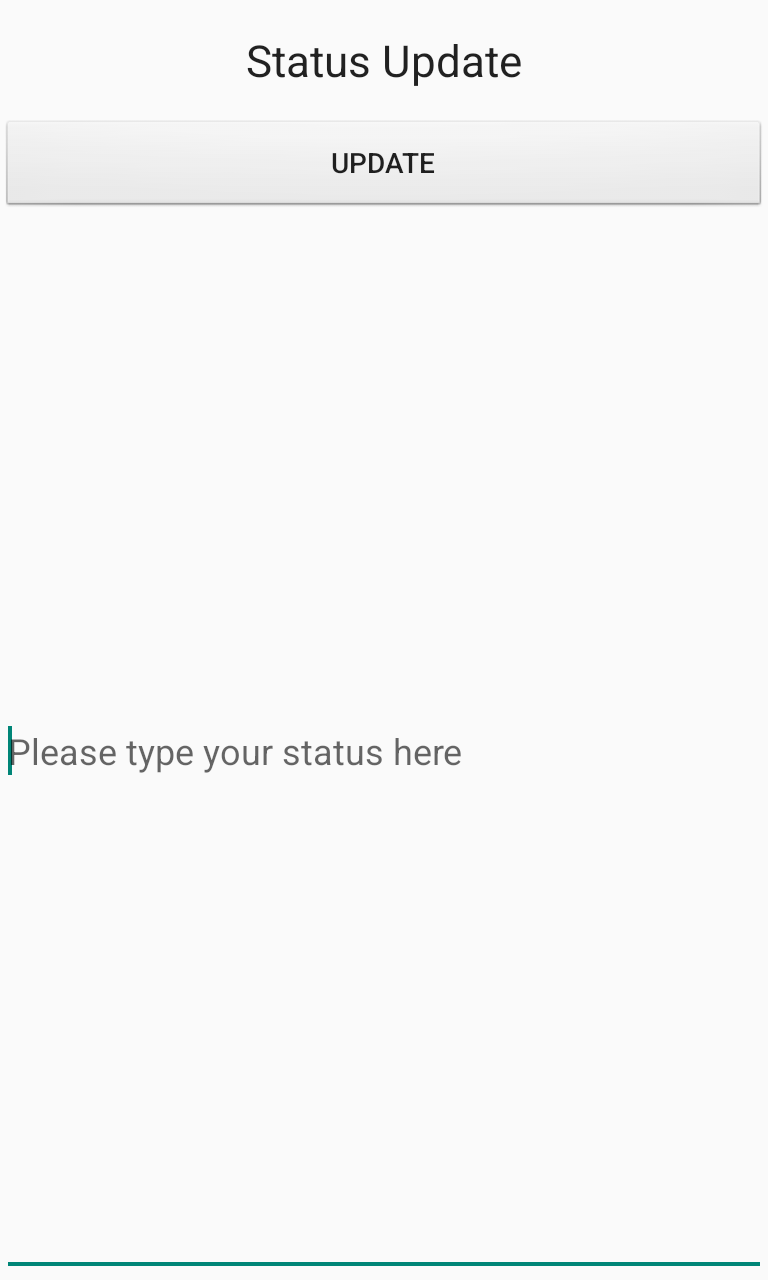
Repository: satishagarwal90/Yamba
Layout: Yamba/res/layout/activity_status.xml
The author's editor kept a copy of each file at every save. The layout is drawn from the files as they stood at one save, then again after the next save.
It is drawn on a 768 x 1280 px phone screen (xhdpi) without system bars, with theme AppTheme; the app's code is not run.

Above is the layout before, as saved 2014-06-29 02:14:16.

### Yamba/res/layout/activity_status.xml
<LinearLayout xmlns:android="http://schemas.android.com/apk/res/android"
    xmlns:tools="http://schemas.android.com/tools"
    android:id="@+id/container"
    android:layout_width="match_parent"
    android:layout_height="match_parent"
    android:orientation="vertical"
    tools:context="com.example.yamba.StatusActivity"
    tools:ignore="MergeRootFrame" >

    <TextView
        style="@style/styleTitle"
        android:text="@string/title" />

    <Button
        android:id="@+id/button_post"
        android:layout_width="match_parent"
        android:layout_height="wrap_content"
        android:background="@android:drawable/btn_default"
        android:onClick="btn_click"
        android:text="@string/button_status_text" />

    <EditText
        android:id="@+id/editText_status"
        android:layout_width="match_parent"
        android:layout_height="match_parent"
        android:ems="10"
        android:hint="@string/editText_hint"
        android:inputType="textMultiLine" >

        <requestFocus />
    </EditText>

</LinearLayout>

### Yamba/res/values/styles.xml
<resources>

    <!--
        Base application theme, dependent on API level. This theme is replaced
        by AppBaseTheme from res/values-vXX/styles.xml on newer devices.
    -->
    <style name="AppBaseTheme" parent="Theme.AppCompat.Light">
        <!--
            Theme customizations available in newer API levels can go in
            res/values-vXX/styles.xml, while customizations related to
            backward-compatibility can go here.
        -->
    </style>

    <!-- Application theme. -->
    <style name="AppTheme" parent="AppBaseTheme">
        <!-- All customizations that are NOT specific to a particular API-level can go here. -->
    </style>

    <style name="styleTitle" parent="android:Widget.Holo.Light.TextView">
        <item name="android:padding">15dp</item>
        <item name="android:textAppearance">?android:attr/textAppearanceLarge</item>
        <item name="android:layout_width">wrap_content</item>
        <item name="android:layout_height">wrap_content</item>
        <item name="android:layout_gravity">center_horizontal</item>
    </style>
</resources>

### Yamba/res/values/strings.xml
<?xml version="1.0" encoding="utf-8"?>
<resources xmlns:android="http://schemas.android.com/apk/res/android">

    <string name="app_name">Yamba</string>
    <string name="hello_world">Hello world!</string>
    <string name="action_settings">Settings</string>
    <string name="start_service">Start Service</string>
    <string name="stop_service">Stop Service</string>
    <string name="editText_hint">Please type your status here</string>
    <string name="button_status_text">Update</string>
    <string name="title">Status Update</string>
    <string name="refresh_service">Refresh Service </string>
    <string name="username">Username</string>
    <string name="username_summary">Enter your Username</string>
    <string name="password">Password</string>
    <string name="password_summary">Enter your password here</string>
    <string name="server">Server</string>
    <string name="server_summary">Enter your server details</string>
	<string name="preferences">Preferences</string>
	<string name="delay">Delay</string>
	<string-array name="delayNames">
		<item android:layout_width="wrap_content" android:id="@+id/item1" android:layout_height="wrap_content">Every minute</item>
		<item android:layout_width="wrap_content" android:id="@+id/item2" android:layout_height="wrap_content">Every 5 minutes</item>
		<item android:layout_width="wrap_content" android:id="@+id/item3" android:layout_height="wrap_content">Every 30 minutes</item>
		<item android:layout_width="wrap_content" android:id="@+id/item4" android:layout_height="wrap_content">Every hour</item>
	</string-array>
	<string-array android:layout_height="wrap_content" android:layout_width="wrap_content" android:id="@+id/integerarray1" name="delayValues">
        <item android:id="@+id/item1" android:layout_height="wrap_content" android:layout_width="wrap_content">60</item>
        <item android:id="@+id/item2" android:layout_height="wrap_content" android:layout_width="wrap_content">300</item>
        <item android:id="@+id/item3" android:layout_height="wrap_content" android:layout_width="wrap_content">1800</item>
        <item android:id="@+id/item4" android:layout_height="wrap_content" android:layout_width="wrap_content">3600</item>
    </string-array>
	<string name="timeline">Timeline</string>
</resources>

Loaded but not shown: Yamba/res/values-v11/styles.xml (common file); Yamba/res/values-v14/styles.xml (common file)

After the next save:
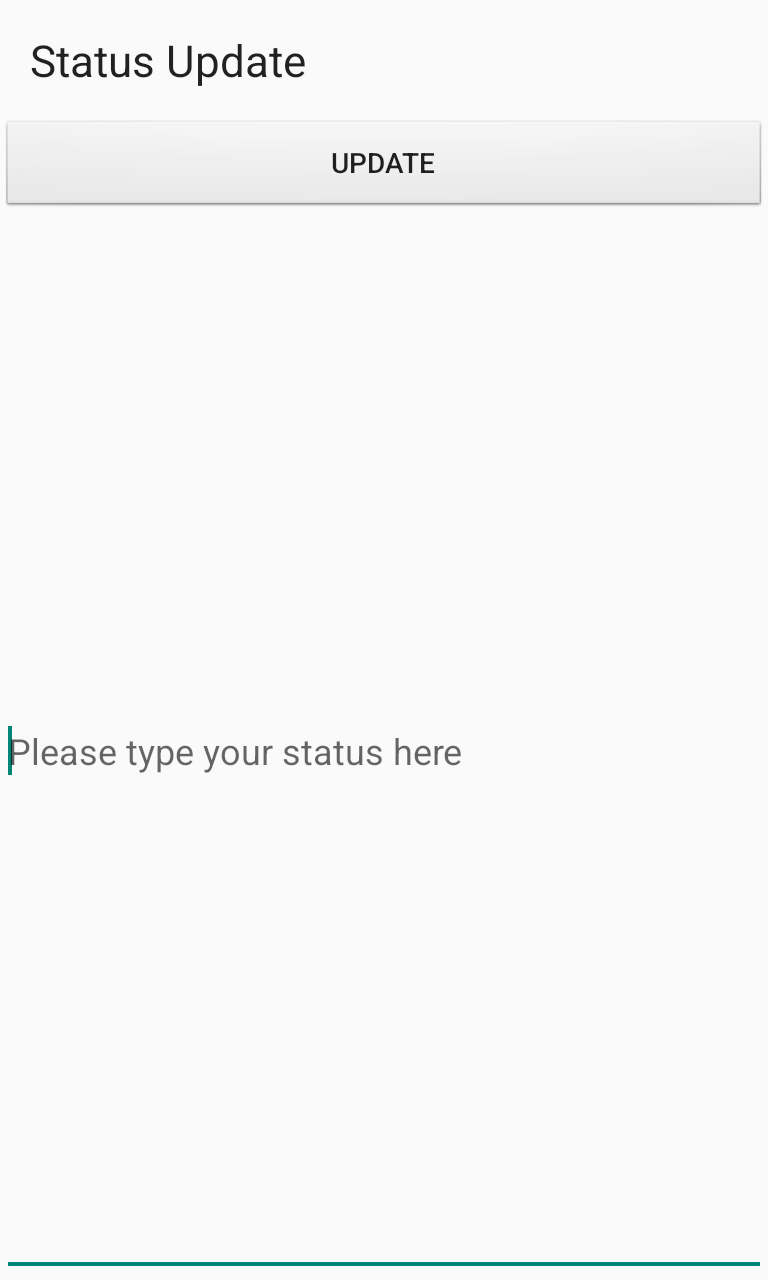
Saved 3 min 39 s later.
--- a/Yamba/res/layout/activity_status.xml
+++ b/Yamba/res/layout/activity_status.xml
@@ -9,6 +9,8 @@
 
     <TextView
         style="@style/styleTitle"
+        android:layout_width="match_parent"
+        android:layout_gravity="center_horizontal"
         android:text="@string/title" />
 
     <Button

After the save that followed:
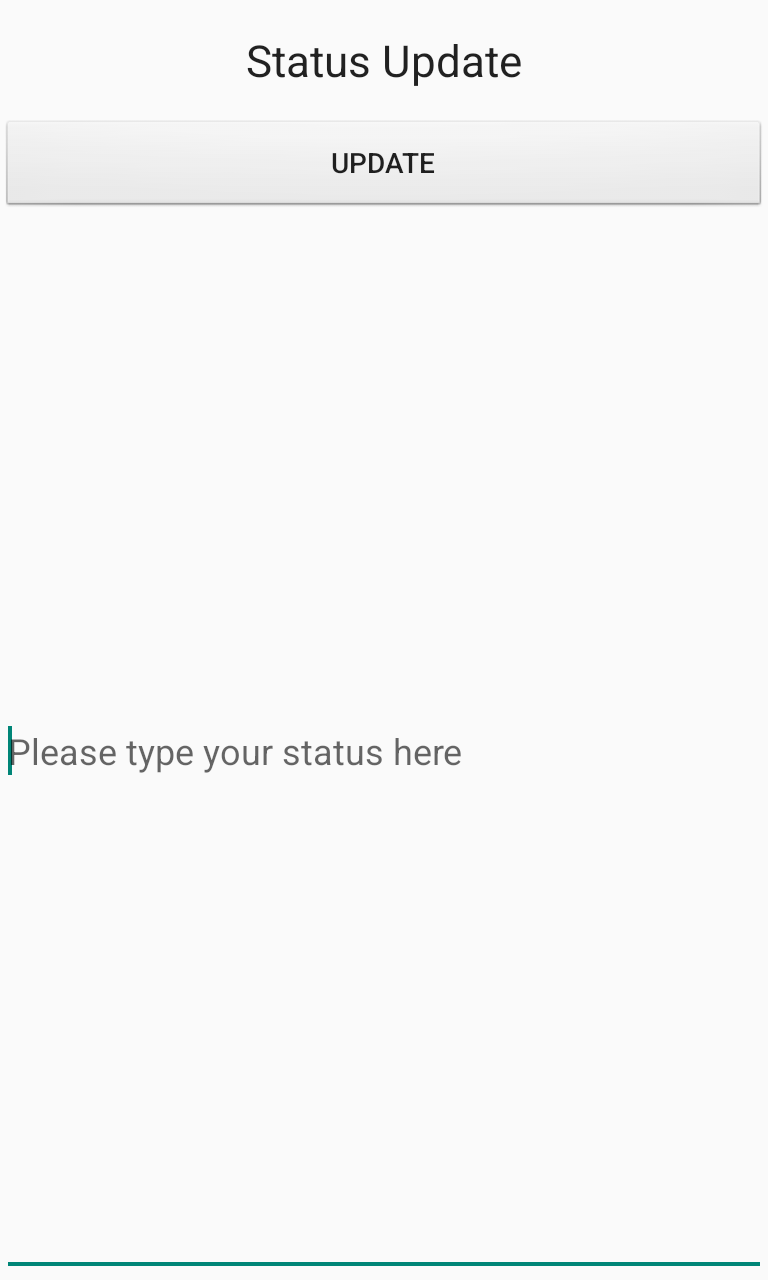
Saved 88 s later.
--- a/Yamba/res/layout/activity_status.xml
+++ b/Yamba/res/layout/activity_status.xml
@@ -9,7 +9,8 @@
 
     <TextView
         style="@style/styleTitle"
-        android:layout_width="match_parent"
+        android:layout_width="wrap_content"
+        android:layout_height="wrap_content"
         android:layout_gravity="center_horizontal"
         android:text="@string/title" />
 
